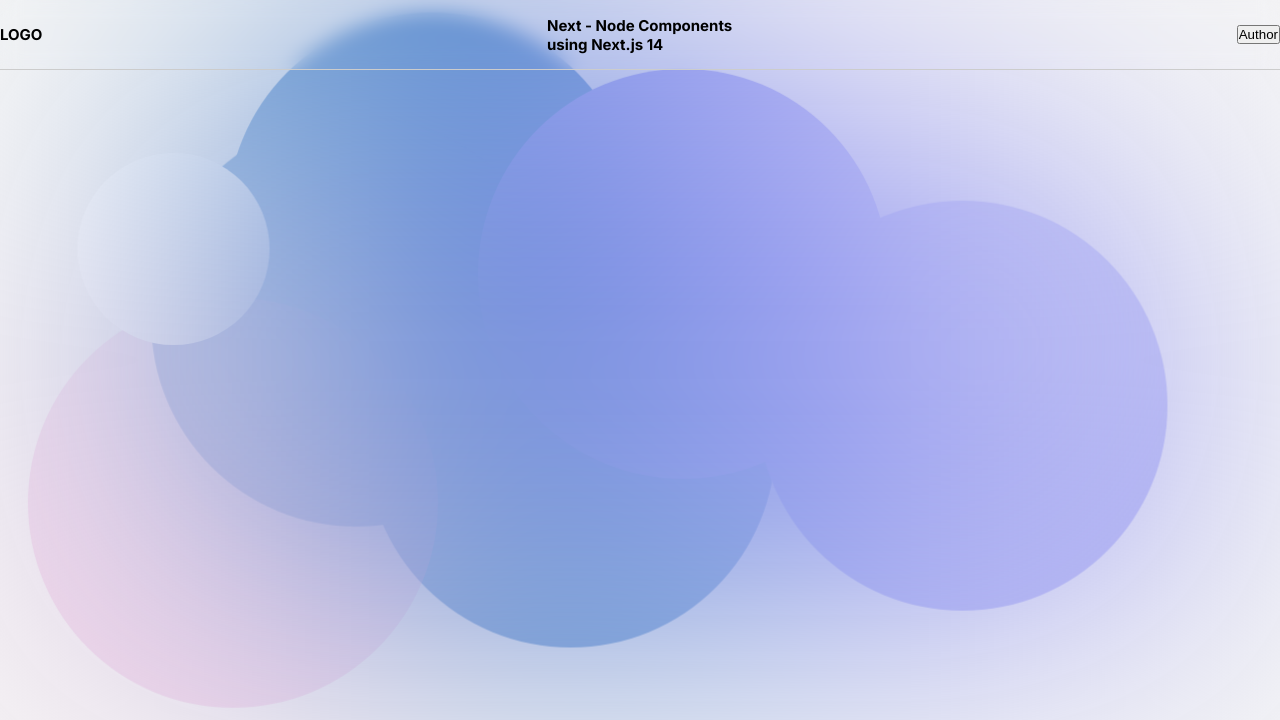
Repository: keval-gohil/komponents
Page: /
The author's editor kept a copy of each file at every save. The page is drawn from the files as they stood at one save, then again after the next save.
The browser window is 1280 px wide. The pictures show the whole page.
The project was rebuilt for these pictures with package versions that can differ from the ones it lists, and the page was loaded fresh each time. The framework's server and built-in components were replaced by stand-ins that run in the browser. Also part of the build but not shown: next.config.mjs.

Above is the page before, as saved 2024-03-07 11:31:30.

### app/layout.js
import { Inter } from "next/font/google";
import "./globals.css";

const inter = Inter({ subsets: ["latin"] });

export const metadata = {
  title: "Komponents | Next-Node",
  description: "Generated by create next app",
};

export default function RootLayout({ children }) {
  return (
    <html lang="en" suppressHydrationWarning={true}>
      <body className={inter.className}>{children}</body>
    </html>
  );
}

### app/page.js
import Background from '@/components/reuse/background'
import Header from '@/components/reuse/header'
import React from 'react'

const page = () => {
  return (
    <>
      <Background />
      <Header />
    </>
  )
}

export default page

### app/globals.css

*,
*:before,
*:after {
	padding: 0;
	margin: 0;
	box-sizing: border-box;
	-webkit-tap-highlight-color: transparent;
}

html {
	scroll-behavior: smooth;
	font-size: 10px;
}

body {
	width: 100%;
	height: 100%;
	overflow-x: hidden;
	background-color: whitesmoke;
}

.bouncing-blob {
	width: 32vw;
	aspect-ratio: 1;
	border-radius: 50%;
	will-change: transform;
	position: absolute;
	z-index: 1;
	top: 0;
	left: 0;
	transform-origin: left top;
  }

  .bouncing-blob--blue {
	background: #4783c7;
  }

  .bouncing-blob--white {
	background: #ffffff;
	z-index: 2;
	width: 15vw;
  }

  .bouncing-blob--purple {
	background: #8c8ff1;
  }

  .bouncing-blob--pink {
	background: #e289cd50;
  }

  .bouncing-blobs-container {
	position: fixed;
	z-index: -1;
	top: 0;
	left: 0;
	width: 100%;
	height: 100%;
  }

  .bouncing-blobs-glass {
	position: absolute;
	z-index: 2;
	top: 0;
	left: 0;
	width: 100%;
	height: 100%;
	backdrop-filter: blur(140px);
	-webkit-backdrop-filter: blur(140px);
	pointer-events: none;
  }

  .bouncing-blobs {
	position: absolute;
	z-index: 1;
	top: 0;
	left: 0;
	width: 100%;
	height: 100%;
  }

  .main-content {
	display: flex;
	flex-direction: column;
	justify-content: center;
	align-items: center;
	width: 100%;
  }




  @media (max-width: 1200px) {
	.bouncing-blobs-glass {
	  backdrop-filter: blur(120px);
	  -webkit-backdrop-filter: blur(120px);
	}
  }

  @media (max-width: 500px) {
	.bouncing-blob {
	  width: 60vw;
	}
	.bouncing-blob--white {
	  width: 30vw;
	}
	.bouncing-blobs-glass {
	  backdrop-filter: blur(90px);
	  -webkit-backdrop-filter: blur(90px);
	}

  }

### components/reuse/background.js
'use client'
import React, { useEffect } from 'react';

const MIN_SPEED = 1.5;
const MAX_SPEED = 2.5;

function randomNumber(min, max) {
  return Math.random() * (max - min) + min;
}

class Blob {
  constructor(el) {
    this.el = el;
    const boundingRect = this.el.getBoundingClientRect();
    this.size = boundingRect.width;
    this.initialX = randomNumber(0, window.innerWidth - this.size);
    this.initialY = randomNumber(0, window.innerHeight - this.size);
    this.el.style.top = `${this.initialY}px`;
    this.el.style.left = `${this.initialX}px`;
    this.vx =
      randomNumber(MIN_SPEED, MAX_SPEED) * (Math.random() > 0.5 ? 1 : -1);
    this.vy =
      randomNumber(MIN_SPEED, MAX_SPEED) * (Math.random() > 0.5 ? 1 : -1);
    this.x = this.initialX;
    this.y = this.initialY;
  }

  update() {
    this.x += this.vx;
    this.y += this.vy;
    if (this.x >= window.innerWidth - this.size) {
      this.x = window.innerWidth - this.size;
      this.vx *= -1;
    }
    if (this.y >= window.innerHeight - this.size) {
      this.y = window.innerHeight - this.size;
      this.vy *= -1;
    }
    if (this.x <= 0) {
      this.x = 0;
      this.vx *= -1;
    }
    if (this.y <= 0) {
      this.y = 0;
      this.vy *= -1;
    }
  }

  move() {
    this.el.style.transform = `translate(${this.x - this.initialX}px, ${
      this.y - this.initialY
    }px)`;
  }
}

function Background() {
  useEffect(() => {
    const blobEls = document.querySelectorAll('.bouncing-blob');
    const blobs = Array.from(blobEls).map((blobEl) => new Blob(blobEl));

    function update() {
      requestAnimationFrame(update);
      blobs.forEach((blob) => {
        blob.update();
        blob.move();
      });
    }

    requestAnimationFrame(update);

    return () => cancelAnimationFrame(update);
  }, []);

  return (
    <div className="bouncing-blobs-container">
      <div className="bouncing-blobs-glass"></div>
      <div className="bouncing-blobs">
        <div className="bouncing-blob bouncing-blob--blue"></div>
        <div className="bouncing-blob bouncing-blob--blue"></div>
        <div className="bouncing-blob bouncing-blob--blue"></div>
        <div className="bouncing-blob bouncing-blob--white"></div>
        <div className="bouncing-blob bouncing-blob--purple"></div>
        <div className="bouncing-blob bouncing-blob--purple"></div>
        <div className="bouncing-blob bouncing-blob--pink"></div>
      </div>
    </div>
  );
}

export default Background;

### components/reuse/header.js
import React from 'react'
import Style from '@/components/reuse/styles/style.css'

const Header = () => {
  return (
    <>
        <nav>
            <h1>LOGO</h1>
            <h2>
                Next - Node Components
                <br />
                <span>using Next.js 14</span>
            </h2>
            <button>Author</button>
        </nav>
    </>
  )
}

export default Header

### components/reuse/styles/style.css
nav {
    display: flex;
    justify-content: space-between;
    align-items: center;
    height: 7rem;
    background: transparent;
    backdrop-filter: blur(10px);
    border-bottom: 0.1rem solid #ccc;
}

After the next save:
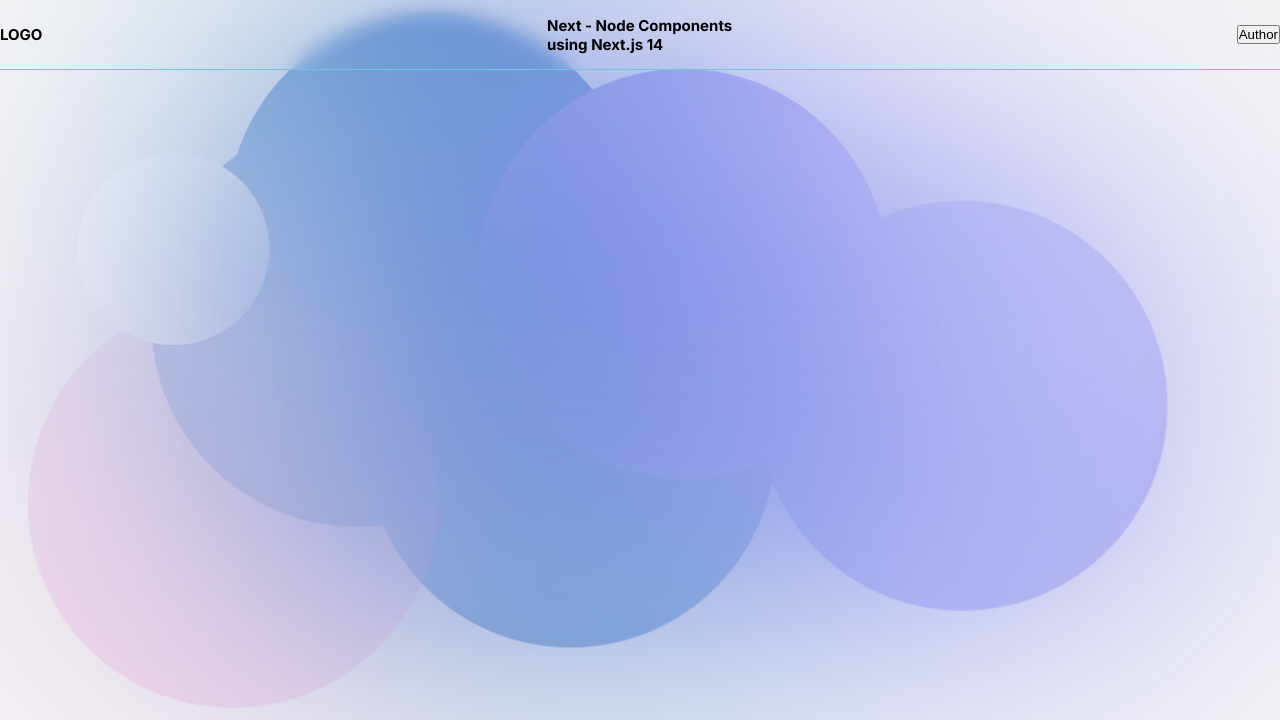
Saved 33 s later.
--- a/components/reuse/styles/style.css
+++ b/components/reuse/styles/style.css
@@ -5,5 +5,5 @@
     height: 7rem;
     background: transparent;
     backdrop-filter: blur(10px);
-    border-bottom: 0.1rem solid #ccc;
+    border-bottom: 0.1rem solid #6dc8dd;
 }
